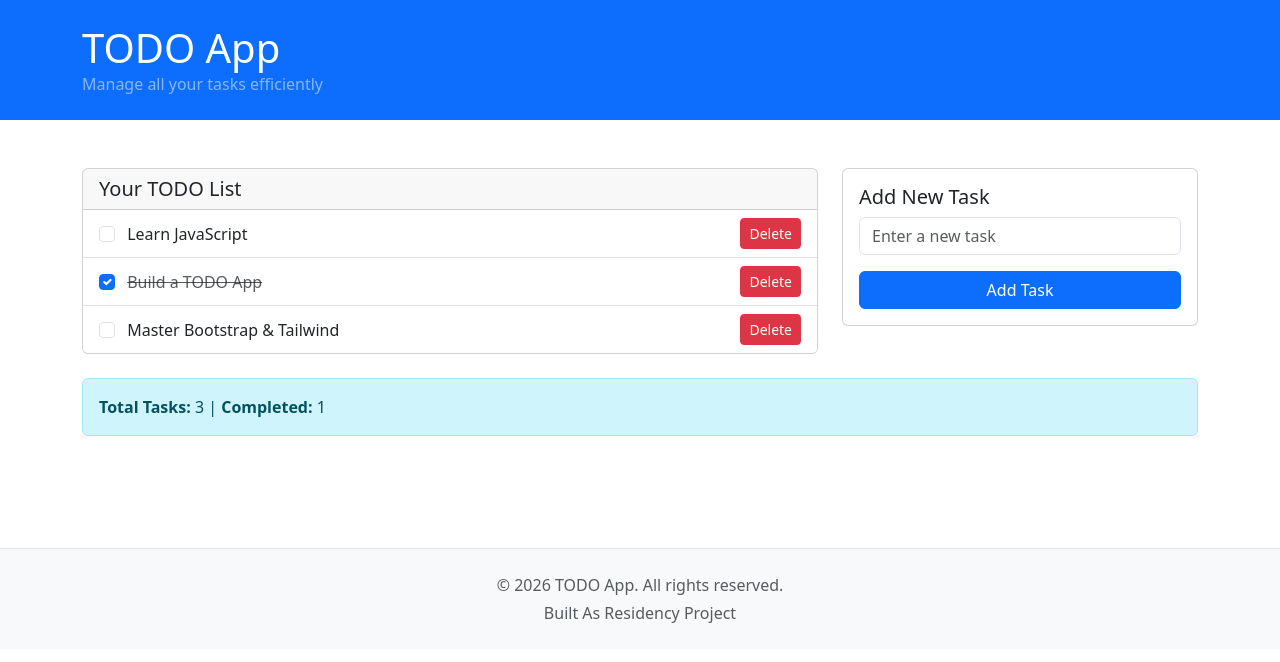
Repository: arunkr12/Master-In-Computer-Science
Page: Advanced Programming Language/Residency Project Team One Arun Javascript Version/TODO/index.html
These files come from the project's save history. The page is drawn as it stood at one moment and after the next save; the edit follows.
The browser window is 1280 px wide. The pictures show the whole page.
Some web libraries are served in a nearby version.

Above is the page before, as saved 2026-02-20 18:23:40.

After the next save:
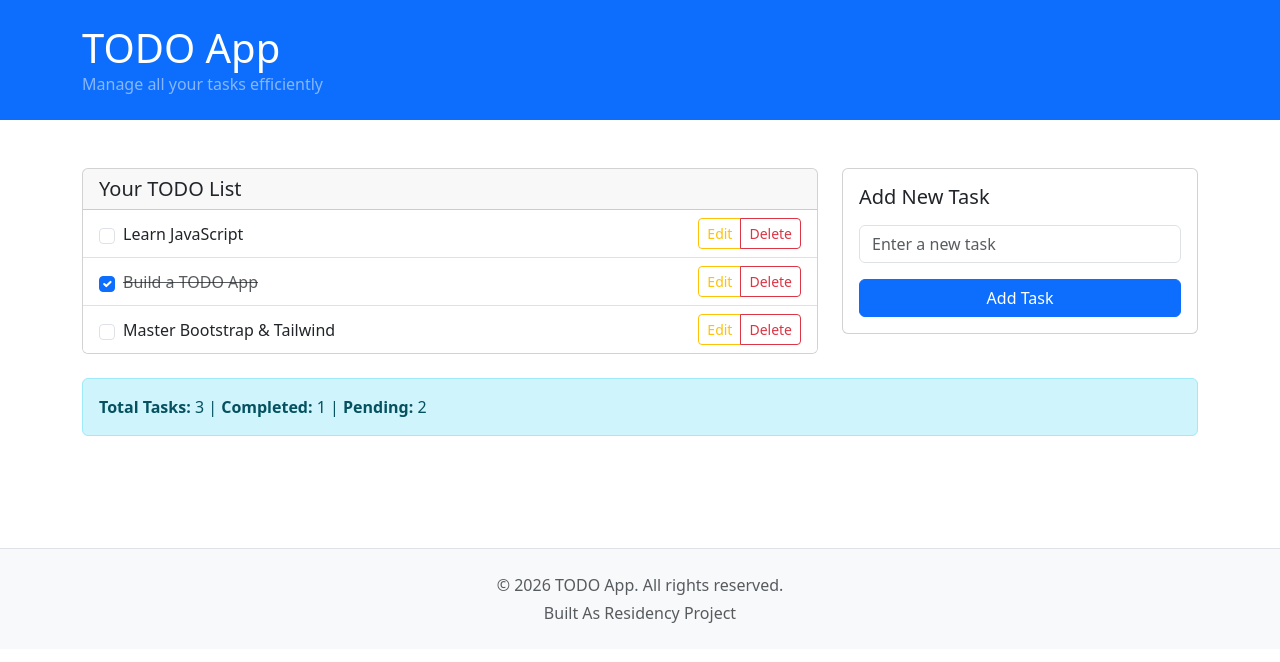
Saved 17 s later.
--- a/Advanced Programming Language/Residency Project Team One Arun Javascript Version/TODO/ToDoContainer.js
+++ b/Advanced Programming Language/Residency Project Team One Arun Javascript Version/TODO/ToDoContainer.js
@@ -55,7 +55,7 @@ class ToDoContainer {
   render() {
     const header = this.header.render();
     const mainContent = this.renderMain();
-    const footer = this.renderFooter();
+    const footer = this.footer.render();
 
     return `
             ${header}
@@ -65,64 +65,43 @@ class ToDoContainer {
   }
 
   renderMain() {
-    const todosHtml = this.todos
-      .map(
-        (todo) => `
-            <div class="list-group-item d-flex justify-content-between align-items-center">
-                <div class="flex-grow-1">
-                    <input class="form-check-input me-2" type="checkbox" ${todo.completed ? "checked" : ""}>
-                    <span class="${todo.completed ? "text-decoration-line-through text-muted" : ""}">${todo.text}</span>
-                </div>
-                <button class="btn btn-sm btn-danger">Delete</button>
-            </div>
-        `,
-      )
-      .join("");
+    const dataTableHtml = this.dataTable.render();
+    const addTodoHtml = this.addTodo.render();
+    const statsHtml = this.stats.render();
 
     return `
             <main class="py-5">
                 <div class="container">
                     <div class="row mb-4">
                         <div class="col-md-8">
-                            <div class="card">
-                                <div class="card-header">
-                                    <h5 class="mb-0">Your TODO List</h5>
-                                </div>
-                                <div class="list-group list-group-flush">
-                                    ${todosHtml}
-                                </div>
-                            </div>
+                            ${dataTableHtml}
                         </div>
                         <div class="col-md-4">
-                            <div class="card">
-                                <div class="card-body">
-                                    <h5 class="card-title">Add New Task</h5>
-                                    <div class="mb-3">
-                                        <input type="text" class="form-control" placeholder="Enter a new task">
-                                    </div>
-                                    <button class="btn btn-primary w-100">Add Task</button>
-                                </div>
-                            </div>
+                            ${addTodoHtml}
                         </div>
                     </div>
-                    <div class="alert alert-info">
-                        <strong>Total Tasks:</strong> ${this.todos.length} |
-                        <strong>Completed:</strong> ${this.todos.filter((t) => t.completed).length}
-                    </div>
+                    ${statsHtml}
                 </div>
             </main>
         `;
   }
 
-  renderFooter() {
-    return `
-            <footer class="py-4 mt-5">
-                <div class="container text-center text-muted">
-                    <p class="mb-1">&copy; 2026 TODO App. All rights reserved.</p>
-                    <p class="mb-0">Built As Residency Project</p>
-                </div>
-            </footer>
-        `;
+  toggleTodoItem(id) {
+    const todo = this.todos.find((t) => t.id === id);
+    if (todo) {
+      todo.completed = !todo.completed;
+      this.updateComponents();
+    }
+    return todo;
+  }
+
+  deleteTodoItem(id) {
+    this.todos = this.todos.filter((t) => t.id !== id);
+    this.updateComponents();
+  }
+
+  getTodos() {
+    return this.todos;
   }
 }
 
